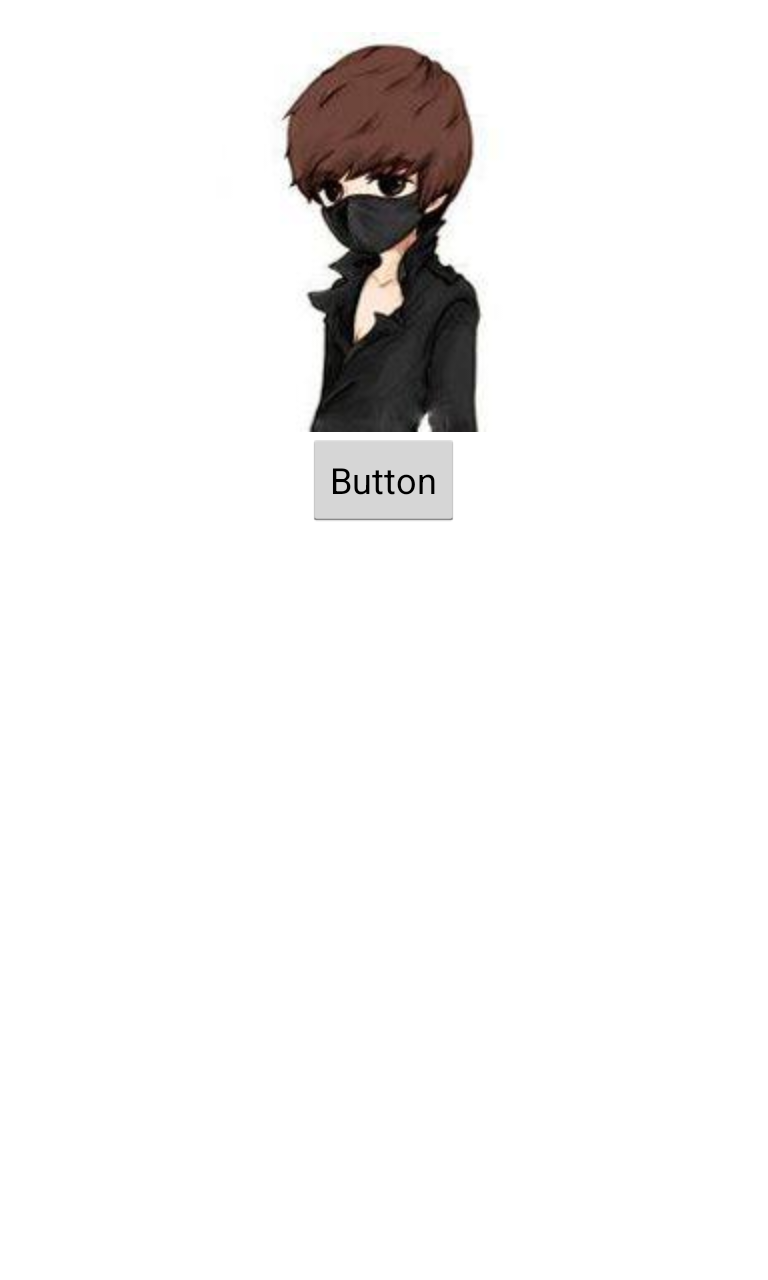
Repository: ShigerD/AndroidSample
Layout: Sample/Sample4/Sample4_10/Animation/res/layout/activity_main.xml
An editor plug-in stored every save of this project. The layout is shown before and after a run of saves, followed by the edit.
It is drawn on a 768 x 1280 px phone screen (xhdpi) without system bars, with theme AppTheme; the app's code is not run.

Above is the layout before, as saved 2016-09-18 02:18:23.

### Sample/Sample4/Sample4_10/Animation/res/layout/activity_main.xml
<RelativeLayout xmlns:android="http://schemas.android.com/apk/res/android"
    xmlns:tools="http://schemas.android.com/tools"
    android:layout_width="match_parent"
    android:layout_height="match_parent"
    android:paddingBottom="@dimen/activity_vertical_margin"
    android:paddingLeft="@dimen/activity_horizontal_margin"
    android:paddingRight="@dimen/activity_horizontal_margin"
    android:paddingTop="@dimen/activity_vertical_margin"
    tools:context="com.example.animation.MainActivity" >

    <LinearLayout
        android:layout_width="match_parent"
        android:layout_height="match_parent"
        android:layout_alignParentTop="true"
        android:layout_centerHorizontal="true"
        android:orientation="vertical" >

        <ImageView
            android:id="@+id/imageView1"
            android:layout_width="match_parent"
            android:layout_height="wrap_content"
            android:src="@drawable/p2" />

        <LinearLayout
            android:layout_width="match_parent"
            android:layout_height="wrap_content"
            android:layout_gravity="center_horizontal"
            android:gravity="center_horizontal" >

            <Button
                android:id="@+id/button1"
                android:layout_width="wrap_content"
                android:layout_height="wrap_content"
                android:text="Button" />

        </LinearLayout>

    </LinearLayout>

</RelativeLayout>

Loaded but not shown: Sample/Sample4/Sample4_10/Animation/res/values/styles.xml (common file); Sample/Sample4/Sample4_10/Animation/res/values-v11/styles.xml (common file); Sample/Sample4/Sample4_10/Animation/res/values-v14/styles.xml (common file); Sample/Sample4/Sample4_10/Animation/res/values/dimens.xml (common file); Sample/Sample4/Sample4_10/Animation/res/values-w820dp/dimens.xml (common file)

After the next 2 saves:
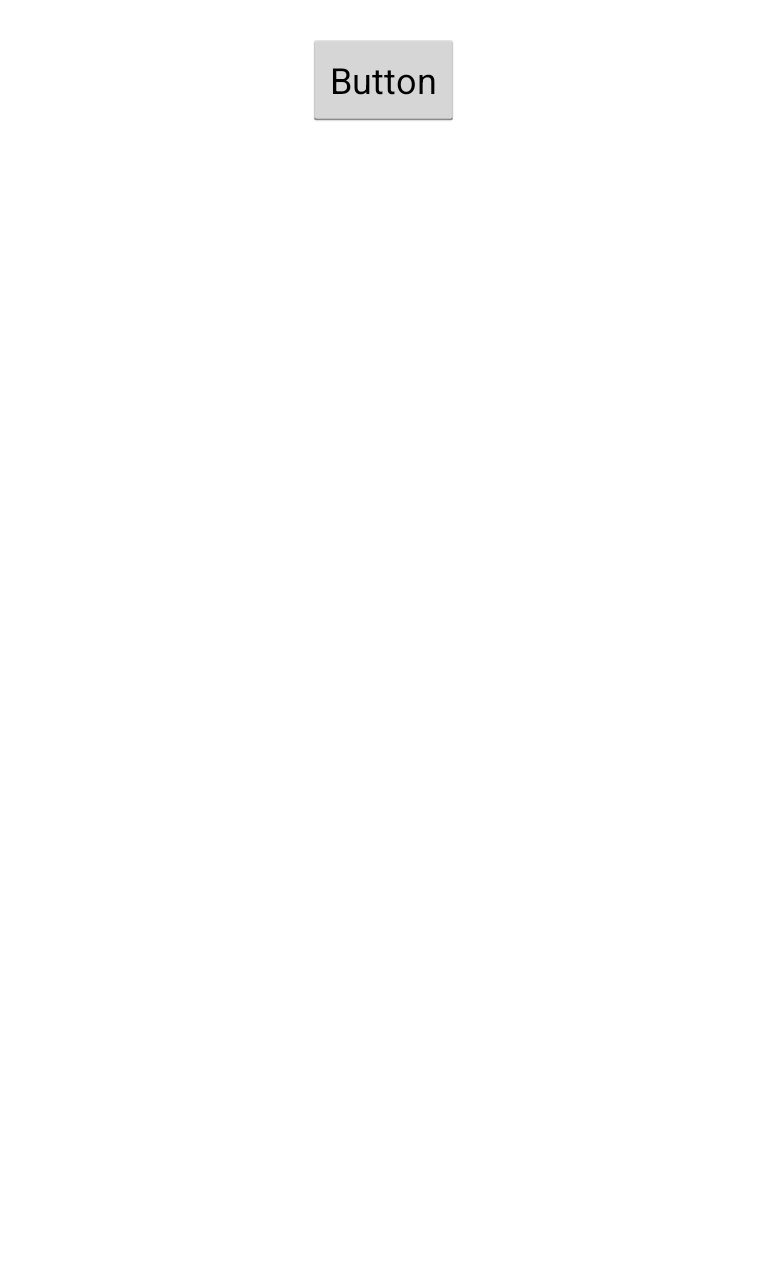
The 2 saves are shown as one change because 1 did not build or start.
The last was saved 106 s later.
--- a/Sample/Sample4/Sample4_10/Animation/res/layout/activity_main.xml
+++ b/Sample/Sample4/Sample4_10/Animation/res/layout/activity_main.xml
@@ -19,7 +19,8 @@
             android:id="@+id/imageView1"
             android:layout_width="match_parent"
             android:layout_height="wrap_content"
-            android:src="@drawable/p2" />
+
+           />
 
         <LinearLayout
             android:layout_width="match_parent"
